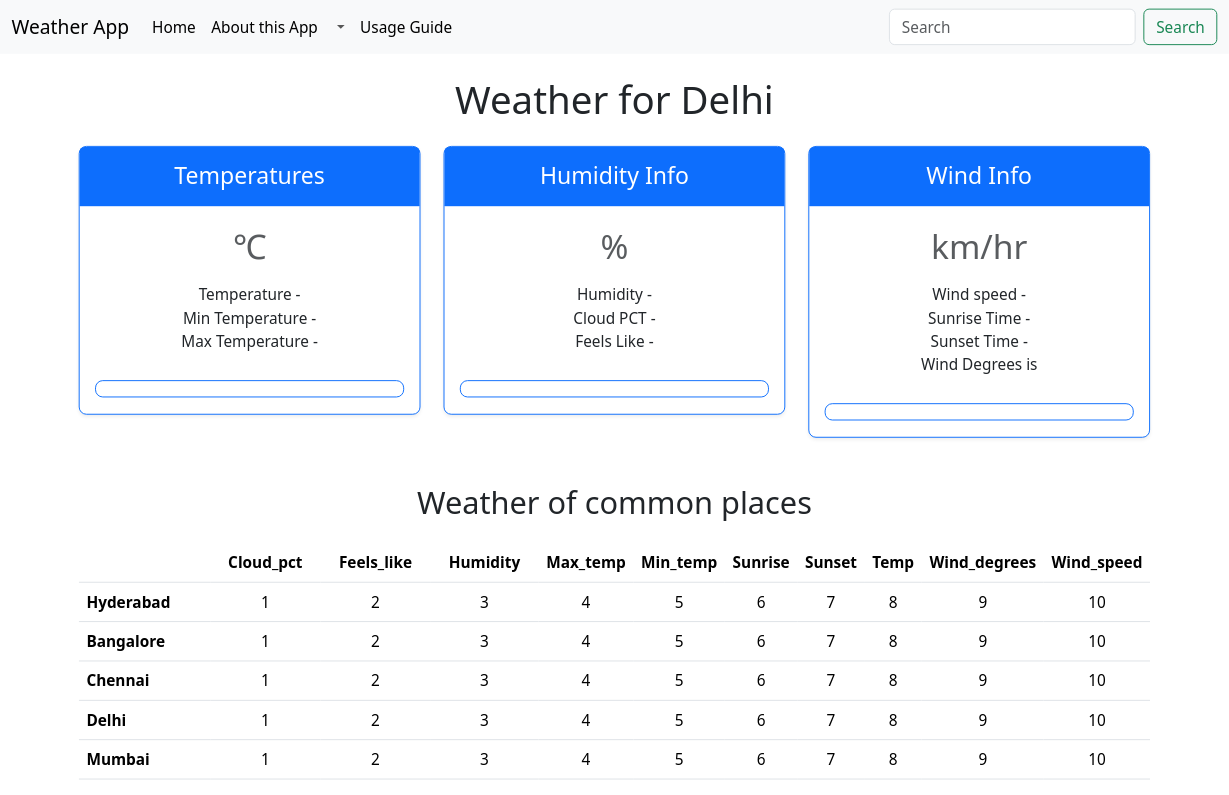
Repository: Abhilash2909/weather
Page: index.html
These files come from the project's save history. The page is drawn as it stood at one moment and after a run of saves; the edit follows.
The browser window is 1280 px wide. The pictures show the whole page, at 96% of full size.
The page's requests for data from a server got no answer.

Above is the page before, as saved 2024-02-15 14:58:46.

After the next 2 saves:
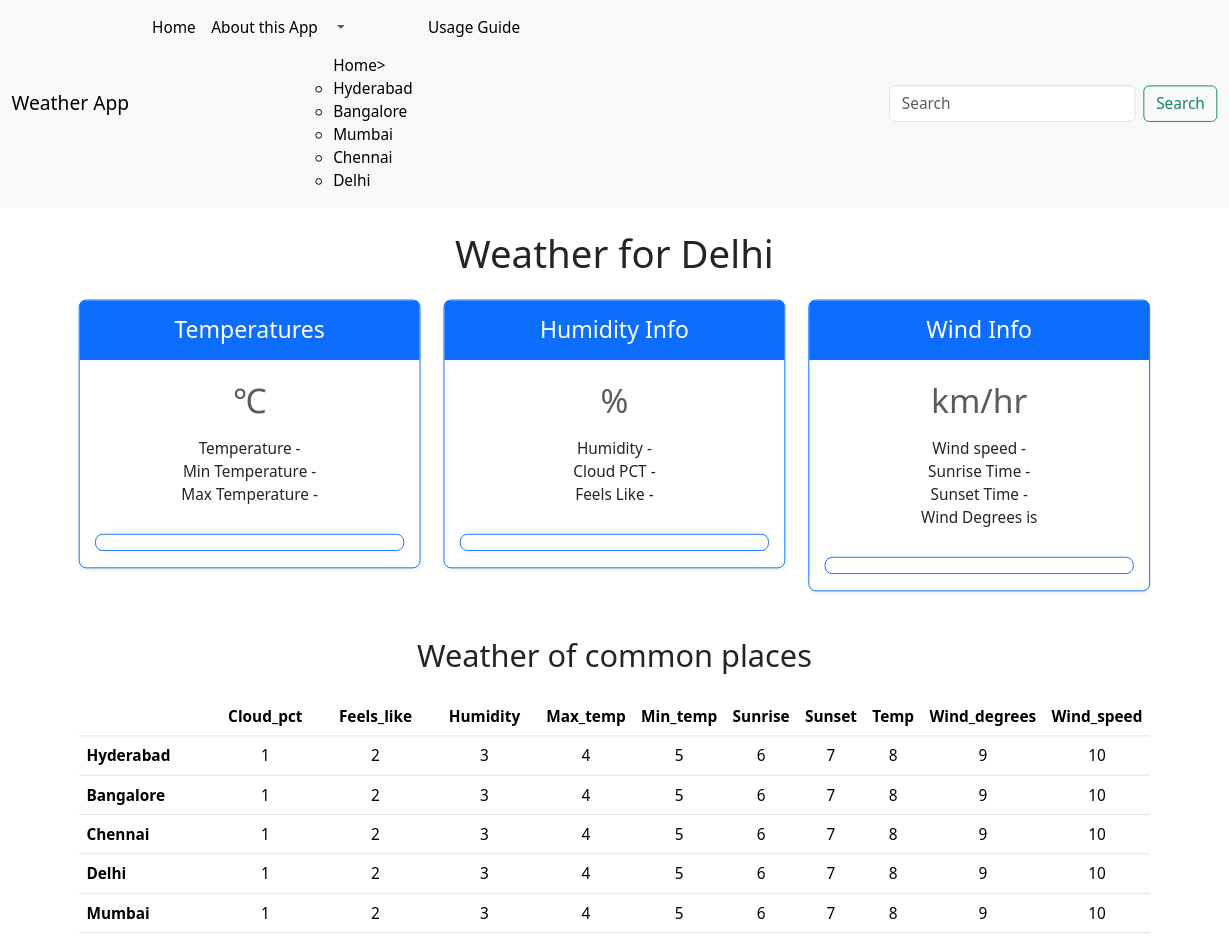
The 2 saves are shown as one change because they came seconds apart.
The last was saved 9 s later.
--- a/index.html
+++ b/index.html
@@ -24,7 +24,7 @@
               <li class="nav-item dropdown">
                 <a class="nav-link dropdown-toggle" href="#" role="button" data-bs-toggle="dropdown" aria-expanded="false">
                 </a>
-                <ul class="dropdown-menu" <a class="nav-link active" aria-current="page" href="#">Home</a>>
+                <ul <a class="nav-link active" aria-current="page" href="#">Home</a>>
                   <li><a class="dropdown-item" href="#">Hyderabad</a></li>
                   <li><a class="dropdown-item" href="#">Bangalore</a></li>
                   <li><a class="dropdown-item" href="#">Mumbai</a></li>

After the save that followed:
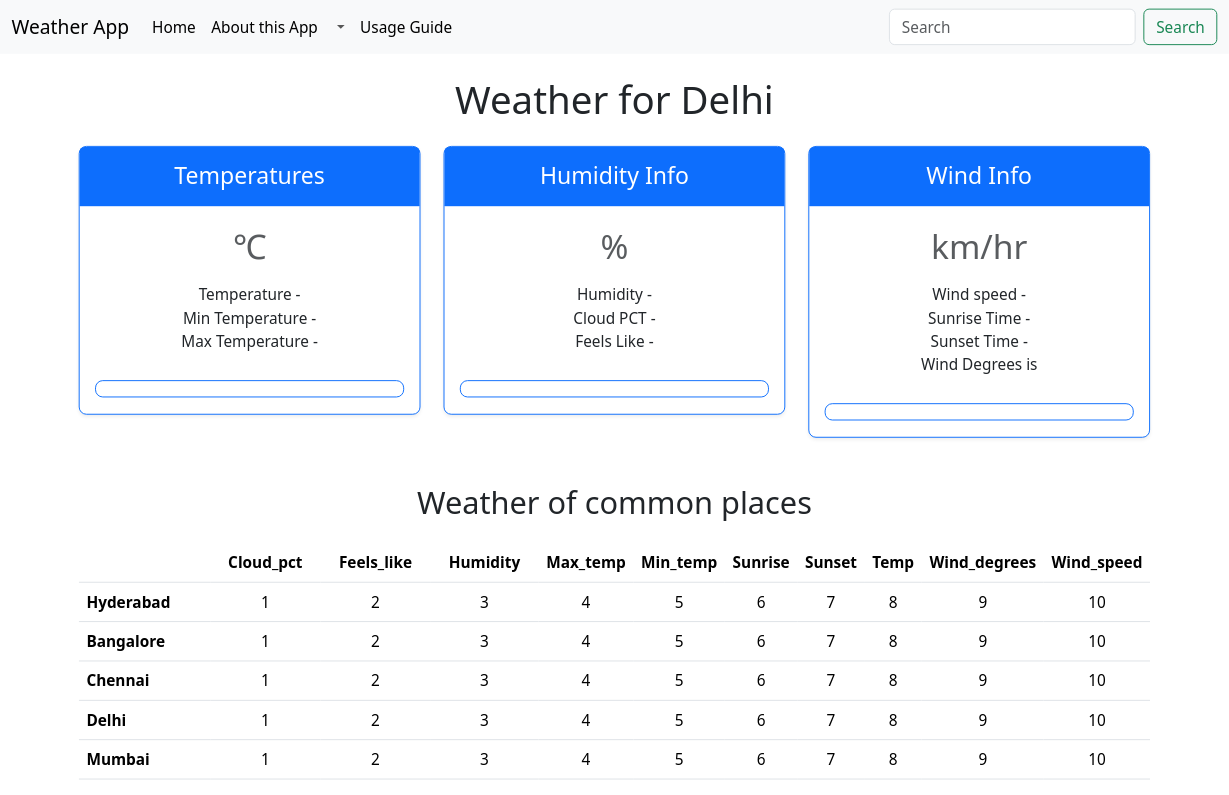
Saved 9 s later.
--- a/index.html
+++ b/index.html
@@ -24,7 +24,7 @@
               <li class="nav-item dropdown">
                 <a class="nav-link dropdown-toggle" href="#" role="button" data-bs-toggle="dropdown" aria-expanded="false">
                 </a>
-                <ul <a class="nav-link active" aria-current="page" href="#">Home</a>>
+                <ul <a class="dropdown-menu" aria-current="page" href="#">Home</a>>
                   <li><a class="dropdown-item" href="#">Hyderabad</a></li>
                   <li><a class="dropdown-item" href="#">Bangalore</a></li>
                   <li><a class="dropdown-item" href="#">Mumbai</a></li>
